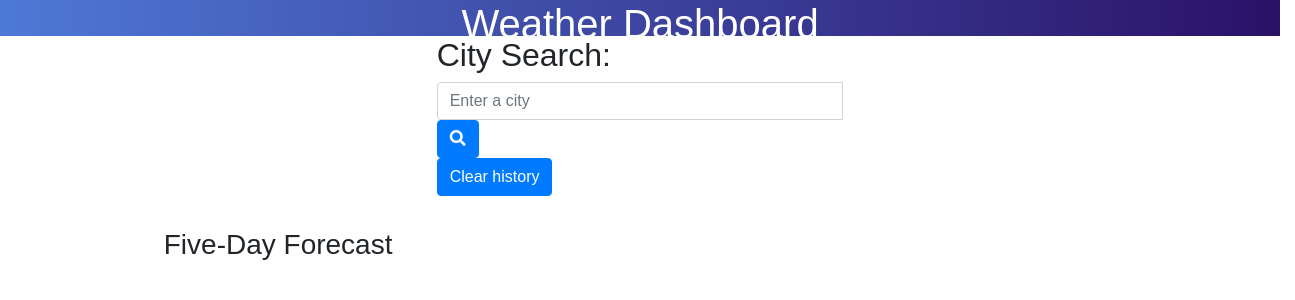
Repository: brenhamp/weather-dashboard
Page: index.html
These files come from the project's save history. The page is drawn as it stood at one moment and after the next save; the edit follows.
The browser window is 1280 px wide. The page is 1295 px wide, so the pictures cover 1295 px, including what lies to the right of the window. The pictures show the whole page.
Some web libraries are served in a nearby version.

Above is the page before, as saved 2021-12-12 20:22:28.

### index.html
<!DOCTYPE html>
<html lang="en">
<head>
    <meta charset="UTF-8">
    <meta http-equiv="X-UA-Compatible" content="IE=edge">
    <meta name="viewport" content="width=device-width, initial-scale=1.0">
    <link rel="stylesheet" href="./assets/css/style.css">
    <link rel="stylesheet" href="https://stackpath.bootstrapcdn.com/bootstrap/4.3.1/css/bootstrap.min.css" crossorigin="anonymous">
    <link rel="stylesheet" href="https://cdnjs.cloudflare.com/ajax/libs/font-awesome/5.11.2/css/all.min.css">
    <title>Weather Dashboard</title>
</head>
<body>
    <header class="hero">
        <h1>Weather Dashboard</h1>
    </header>

    <div class="row">
        <div class="col-lg-4">
            <h2>City Search:</h2>
            <div class="input-group">
                <input id="city-input" type="text" class="form-control" placeholder="Enter a city" aria-label="Enter a city">
                <div class="input-group append">
                    <button class="btn btn-primary" type="button" id="search-button">
                        <i class="fas fa-search"></i>
                    </button>
                </div>
            </div>
            <button class="btn btn-primary" type="button" id="clear-history">Clear history</button>
            <form id="history"></form>
        </div>
        <div class="col-lg-9">
            <div class="row">
                <div id="todays-weather">
                    <div>
                        <h3 id="city-name" class="city-name">
                        </h3>
                        <img id="sky">
                        <div id="temperature"></div>
                        <div id="humidity"></div>
                        <div id="wind"></div>
                        <div id="UV"></div>
                    </div>
                </div>
            </div>

            <!-- hide forecast until needed -->
            <div id="5-day-forecast d-none">
                <h3>Five-Day Forecast</h3>

                <div class="row">
                    <div class="forecast"></div>
                    <div class="forecast"></div>
                    <div class="forecast"></div>
                    <div class="forecast"></div>
                    <div class="forecast"></div>
                </div>

            </div>
        </div>
    </div>


    <script src="https://unpkg.com/axios/dist/axios.min.js"></script>
    <script src="./assets/js/script.js"></script>

</body>
</html>

### assets/css/style.css
* {
    font-family: Arial, Helvetica, sans-serif;
}

.hero {
    background-image: linear-gradient(to right, rgb(78, 121, 214), rgb(43, 17, 104));
    height: 5vh;
    text-align: center;
    margin: auto;
    line-height: 5vh;
    color: white
}

h1 {
    line-height: inherit;
}

.row {
    justify-content: space-around;
}

### assets/js/script.js
function weatherDashboard() {
    //define HTML elements
const city = document.getElementById("city-input");
const search = document.getElementById("search-button");
const clear = document.getElementById("clear-history");
const name = document.getElementById("city-name");
const sky = document.getElementById("sky");
const temp = document.getElementById("temperature");
const humidity = document.getElementById("humidity");
const wind = document.getElementById("wind");
const UV = document.getElementById("UV");
const history = document.getElementById("history");
const forecast = document.getElementById("five-day-forecast");
const todaysWeather = document.getElementById("todays-weather");
    //my API key from OpenWeather
    apiKey = "4f9f2b98f7dbd0bd303f0561775c2890";

    //function to contain all API requests
    function getWeather(cityName) {
        let queryURL = "https://api.openweathermap.org/data/2.5/weather?q=" + cityName + "&units=imperial" + "&appid=" + apiKey;
        axios.get(queryURL)
        .then(function(response) {
            todaysWeather.classList.remove("d-none");

            //retrieve current date for displaying
            currentDate = new Date(response.data.dt * 1000);
            day = currentDate.getDate();
            month = currentDate.getMonth() + 1;
            year = currentDate.getFullYear();

            name.innerHTML = response.data.name + " (" + month + "/" + day + "/" + year +")";

            //display today's weather including sky icon, temp, humidity and wind speed
            let skyImg = response.data.weather[0].icon;
            sky.setAttribute("src", "https://openweathermap.org/img/wn/" + skyImg + "@2x.png");
            sky.setAttribute("alt", response.data.weather[0].description);
            temp.innerHTML = "Temperature: " + response.data.main.temp + " &#176F";
            humidity.innerHTML = "Humidity: " + response.data.main.humidity + "%";
            wind.innerHTML = "Wind Speed: " + response.data.wind.speed + " MPH";

            //get UV index using latitude and longitude
            let lat = response.data.coord.lat;
            let lon = response.data.coord.lon;
            let UVQueryURL = "https://api.openweathermap.org/data/2.5/uvi/forecast?lat=" + lat + "&lon=" + lon + "&units=imperial" + "&appid=" + apiKey + "&cnt=1";
            axios.get(UVQueryURL)
                .then(function (response) {
                    //use span for HTML convenience
                    let UVIndex = document.createElement("span");

                    //change color to indicate mild/moderate/severe UV levels
                    if (response.data[0].value < 4 ) {
                        UVIndex.setAttribute("class", "badge badge-success");
                    }
                    else if (response.data[0].value < 8) {
                        UVIndex.setAttribute("class", "badge badge-warning");
                    }
                    else {
                        UVIndex.setAttribute("class", "badge badge-danger");
                    }
                    UVIndex.innerHTML = response.data[0].value;
                    UV.innerHTML = "UV Index: ";
                    UV.append(UVIndex);
        });

           //five-day forecast
           let cityID = response.data.id;
           let forecastQueryURL = "https://api.openweathermap.org/data/2.5/forecast?id=" + cityID + "&units=imperial" + "&appid=" + apiKey;
           axios.get(forecastQueryURL)
               .then(function (response) {
                   forecast.classList.remove("d-none");

                       //  Parse response to display forecast for next 5 days
                       const forecastEls = document.querySelectorAll(".forecast");
                       for (i = 0; i < forecastEls.length; i++) {
                           forecastEls[i].innerHTML = "";
                           const forecastIndex = i * 8 + 4;
                           const forecastDate = new Date(response.data.list[forecastIndex].dt * 1000);
                           const forecastDay = forecastDate.getDate();
                           const forecastMonth = forecastDate.getMonth() + 1;
                           const forecastYear = forecastDate.getFullYear();
                           const forecastDateEl = document.createElement("p");
                           forecastDateEl.setAttribute("class", "mt-3 mb-0 forecast-date");
                           forecastDateEl.innerHTML = forecastMonth + "/" + forecastDay + "/" + forecastYear;
                           forecastEls[i].append(forecastDateEl);

                           // Icon for current weather
                           const forecastWeatherEl = document.createElement("img");
                           forecastWeatherEl.setAttribute("src", "https://openweathermap.org/img/wn/" + response.data.list[forecastIndex].weather[0].icon + "@2x.png");
                           forecastWeatherEl.setAttribute("alt", response.data.list[forecastIndex].weather[0].description);
                           forecastEls[i].append(forecastWeatherEl);
                           const forecastTempEl = document.createElement("p");
                           forecastTempEl.innerHTML = "Temp: " + response.data.list[forecastIndex].main.temp + " &#176F";
                           forecastEls[i].append(forecastTempEl);
                           const forecastHumidityEl = document.createElement("p");
                           forecastHumidityEl.innerHTML = "Humidity: " + response.data.list[forecastIndex].main.humidity + "%";
                           forecastEls[i].append(forecastHumidityEl);
                       }
                    })
    });
}

    let searchHistory = JSON.parse(localStorage.getItem("search")) || [];

    function renderSearchHistory () {
        history.innerHTML = "";
        for (let i = 0; i < searchHistory.length; i++) {
            const historyEl = document.createElement("input");
            Object.assign(historyEl, {
                type: "text",
                readonly: true,
                class: "form-control",
                value: searchHistory[i],
            });
            historyEl.addEventListener("click", function() {
                getWeather(historyEl.value);
            })
            history.append(historyEl);
        }
    }

    renderSearchHistory();

    search.addEventListener("click", function () {
        searchTerm = city.value;
        getWeather(searchTerm);
        searchHistory.push(searchTerm);
        localStorage.setItem("search", JSON.stringify(searchHistory));
        renderSearchHistory();
    })

    clear.addEventListener("click", function () {
        localStorage.clear();
        searchHistory = [];
        renderSearchHistory();
    })


};

weatherDashboard ();

After the next save:
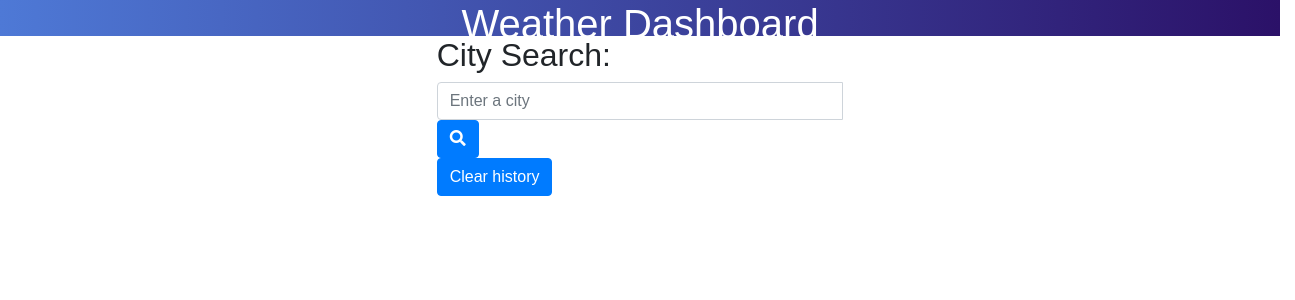
Saved 30 s later.
--- a/index.html
+++ b/index.html
@@ -44,7 +44,7 @@
             </div>
 
             <!-- hide forecast until needed -->
-            <div id="5-day-forecast d-none">
+            <div id="5-day-forecast" class="d-none">
                 <h3>Five-Day Forecast</h3>
 
                 <div class="row">
